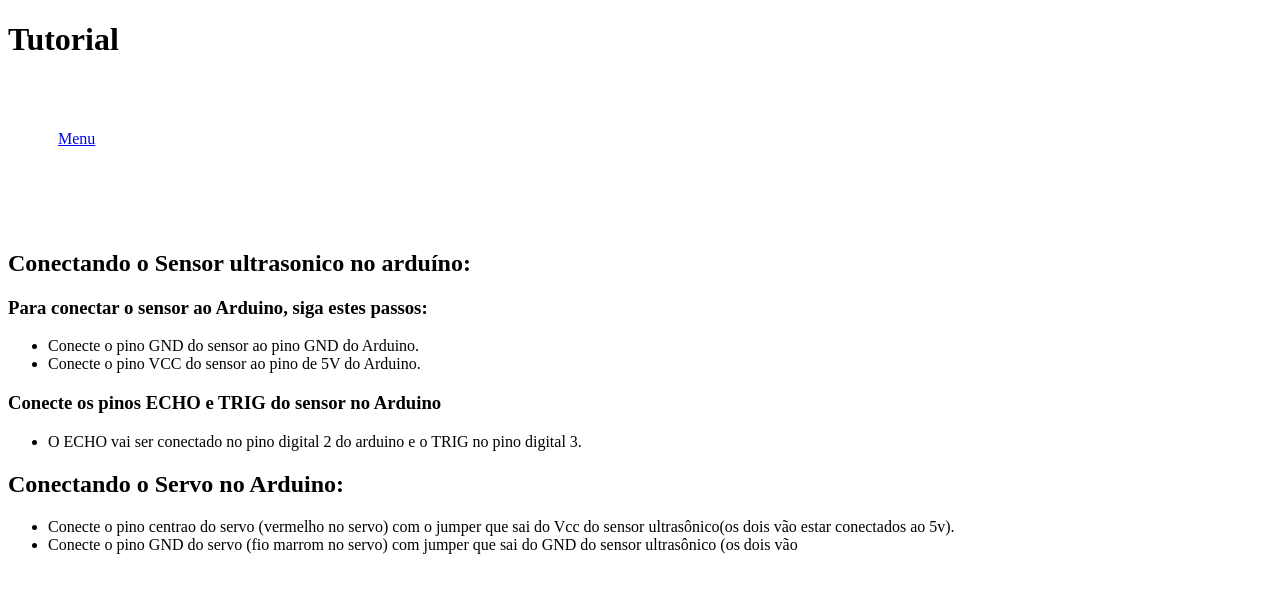
Repository: Eito2511/Site-tutorial-arduino
Page: tutorial.html
An editor plug-in stored every save of this project. The page is shown before and after the next save, followed by the edit.
The browser window is 1280 px wide. The pictures show the whole page.

Above is the page before, as saved 2025-06-03 18:33:09.

After the next save:
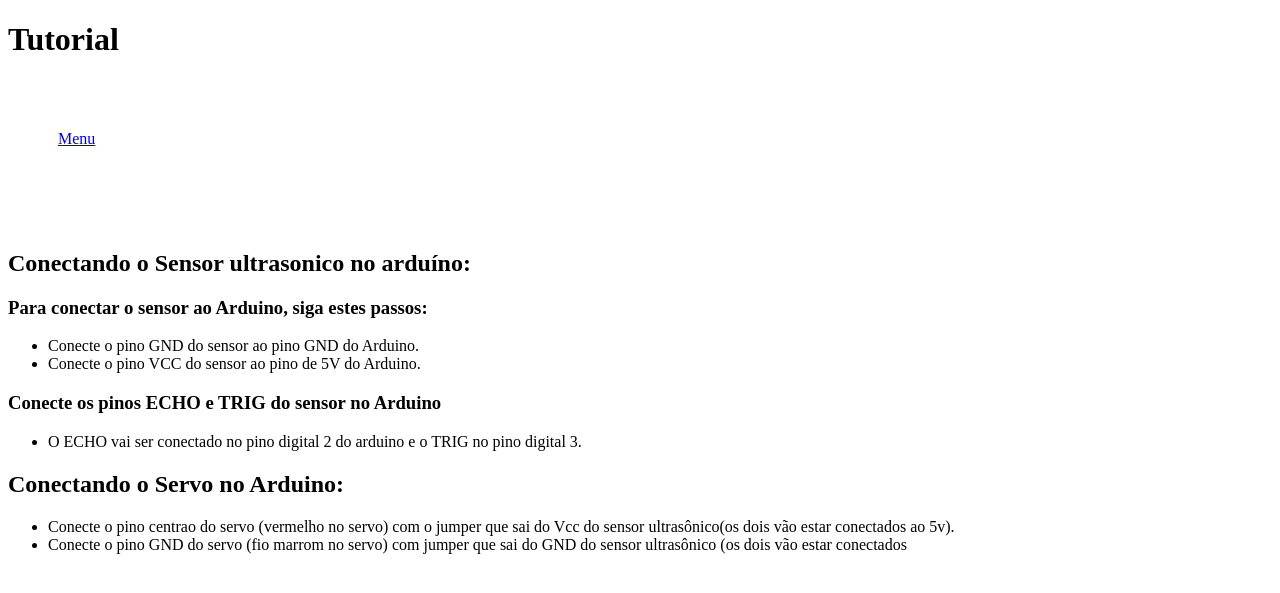
Saved 5 s later.
--- a/tutorial.html
+++ b/tutorial.html
@@ -37,7 +37,7 @@
         </li>
         <li>
       Conecte o pino GND do servo (fio marrom no servo) com jumper que sai
- do GND do sensor ultrasônico (os dois vão
+ do GND do sensor ultrasônico (os dois vão estar conectados
         </li>
       </ul>
     </div>
